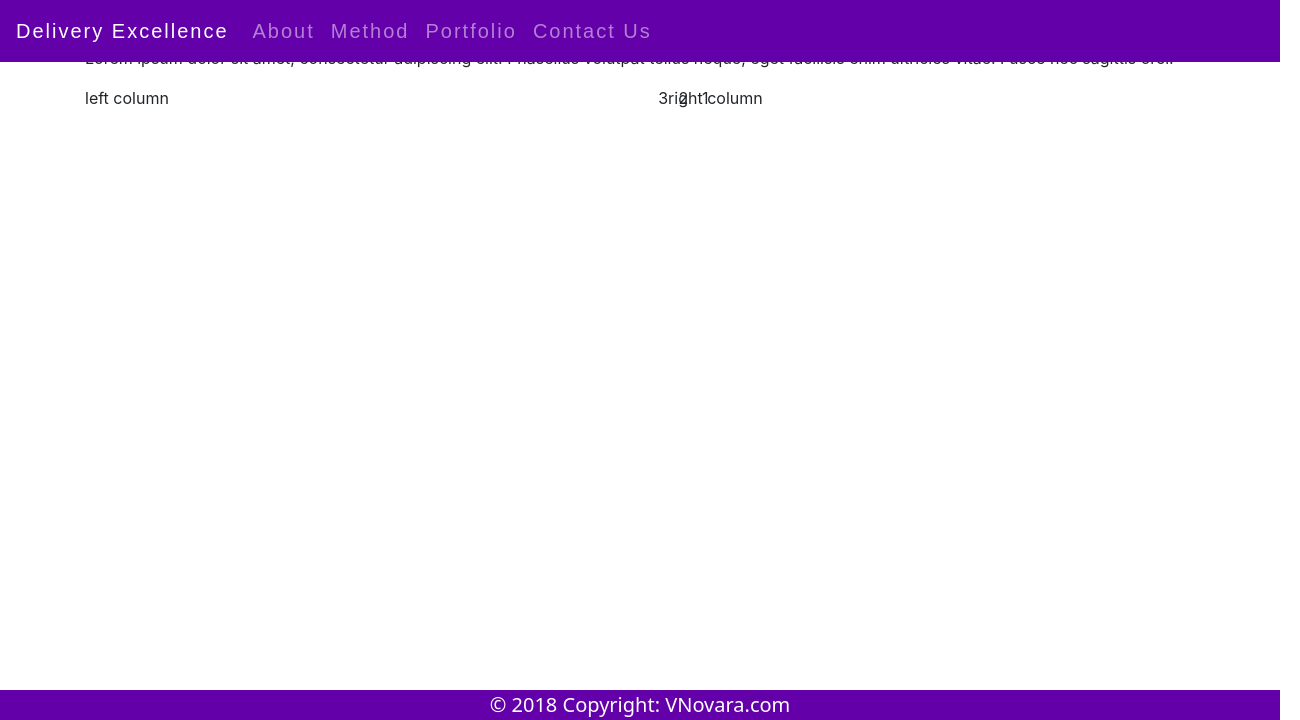
Repository: valenovi76/DeliveryExcellence
Page: method.html
The author's editor kept a record of every edit. The page is drawn from the files as they stood at one moment, then again after the next edit.
The browser window is 1280 px wide. The page is 1300 px wide, then 1280 px, so the pictures cover 1300 px, including what lies to the right of the window. The pictures show the whole page.
Some web libraries are served in a nearby version.

Above is the page before.

After the next edit:
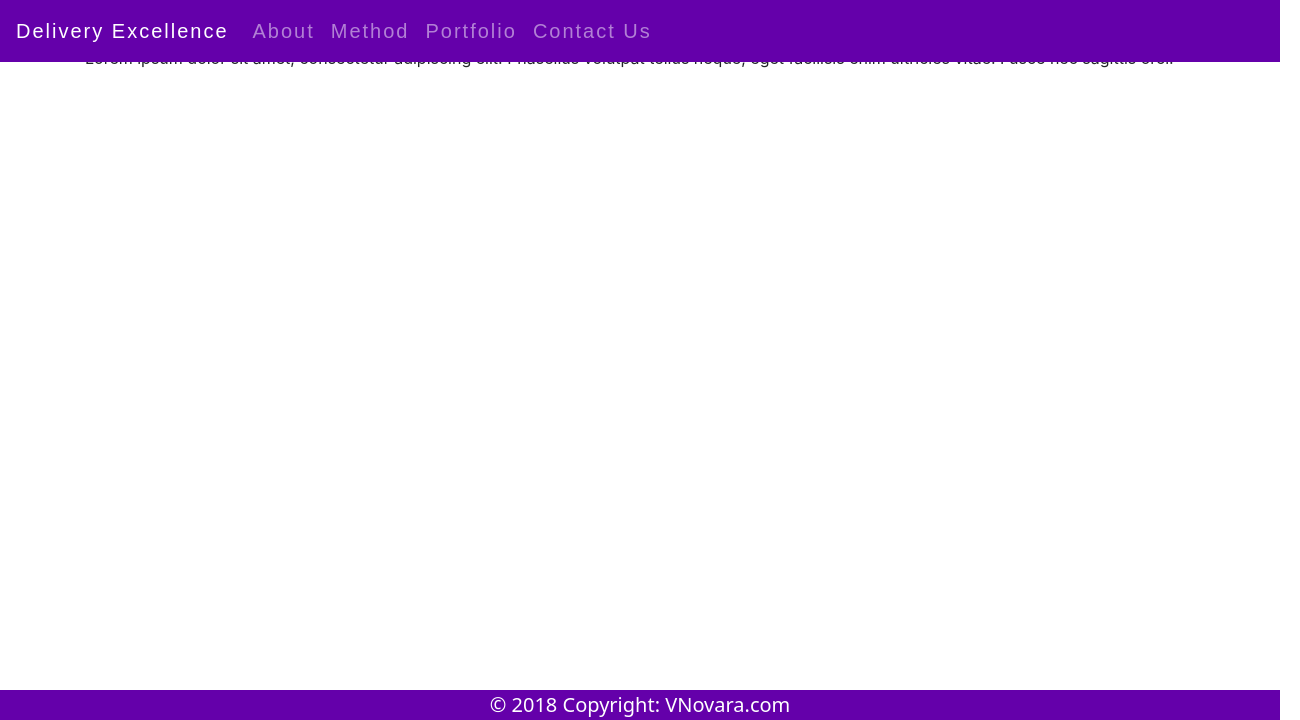
The edit:
--- a/method.html
+++ b/method.html
@@ -45,17 +45,6 @@
                 <p>Lorem ipsum dolor sit amet, consectetur adipiscing elit.
                 Phasellus volutpat tellus neque, eget facilisis enim ultricies vitae.
                 Fusce nec sagittis orci. </p>
-                <div class="row contact">
-                    <div class="col-md left-side">left column</div>
-                       <div class="row">1</div>
-                       <div class="row">2</div>
-                       <div class="row">3</div>
-                    <div class="col-md right-side">right column</div>
-                        <div class="row"></div>
-                       <div class="row"></div>
-                       <div class="row"></div>
-                </div>
-
             </section>
         </div>
 
